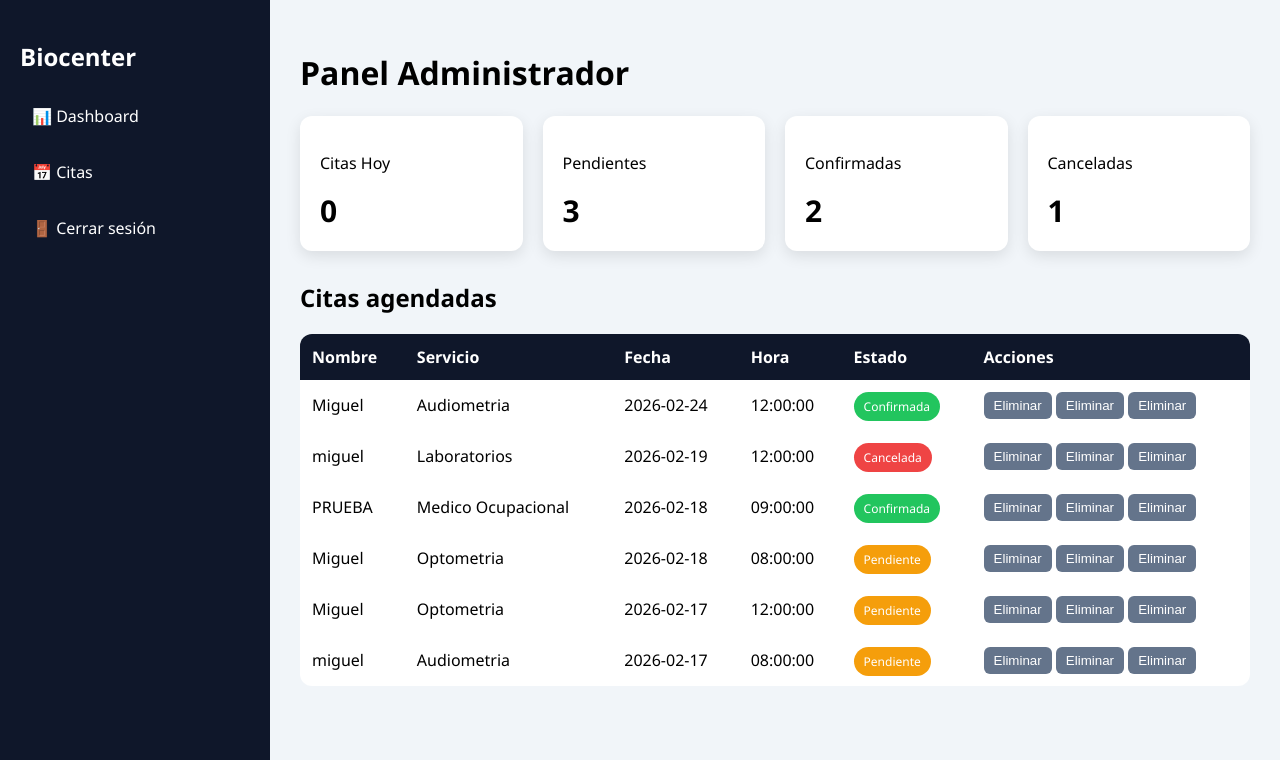
Repository: Miguelperdomo/Biocenter
Page: http://localhost/public_html/PHP/panel.php
An editor plug-in stored every save of this project. The page is shown before and after the next save, followed by the edit.
The browser window is 1280 px wide. The pictures show the whole page.
The page is run by PHP 8.4 with error messages shown; the project is at /var/www/html/. The session is filled in as if someone had signed in: {"admin": {"id": 1, "usuario": "admin", "email": "perdomomiguel2004@gmail.com"}}. Other server files are loaded and not shown. The database holds what the project's SQL file puts in it.

Above is the page before, as saved 2026-02-18 09:28:15.

### PHP/panel.php
<?php
session_start();
require "../conection/conexion.php";

if(!isset($_SESSION['admin'])){
    header("Location: ../login.php");
    exit();
}

/* CONTADORES */
$hoy = date("Y-m-d");

$citasHoy = $conn->query("SELECT COUNT(*) total FROM citas WHERE fecha='$hoy'")->fetch_assoc()['total'];
$pendientes = $conn->query("SELECT COUNT(*) total FROM citas WHERE estado='Pendiente'")->fetch_assoc()['total'];
$confirmadas = $conn->query("SELECT COUNT(*) total FROM citas WHERE estado='Confirmada'")->fetch_assoc()['total'];
$canceladas = $conn->query("SELECT COUNT(*) total FROM citas WHERE estado='Cancelada'")->fetch_assoc()['total'];

/* LISTAR CITAS */
$citas = $conn->query("SELECT * FROM citas ORDER BY fecha DESC, hora DESC");
?>

<!DOCTYPE html>
<html lang="es">
<head>
<meta charset="UTF-8">
<meta name="viewport" content="width=device-width, initial-scale=1.0">
<title>Panel Admin</title>

<style>
body{margin:0;font-family:'Segoe UI';display:flex;background:#f1f5f9;}
.sidebar{width:230px;background:#0f172a;height:100vh;color:white;padding:20px;}
.sidebar a{display:block;color:white;text-decoration:none;padding:12px;margin:10px 0;border-radius:6px;}
.sidebar a:hover{background:#2563eb;}
.main{flex:1;padding:30px;}

.cards{display:grid;grid-template-columns:repeat(auto-fit,minmax(200px,1fr));gap:20px;margin-bottom:30px;}
.card{background:white;padding:20px;border-radius:12px;box-shadow:0 5px 15px rgba(0,0,0,.1);}
.card h3{margin:0;font-size:30px;}

table{width:100%;border-collapse:collapse;background:white;border-radius:12px;overflow:hidden;}
th,td{padding:12px;text-align:left;}
th{background:#0f172a;color:white;}

.estado{
    padding:6px 10px;
    border-radius:20px;
    color:white;
    font-size:12px;
}
.pendiente{background:#f59e0b;}
.confirmada{background:#22c55e;}
.cancelada{background:#ef4444;}

.btn{padding:6px 10px;border:none;border-radius:6px;color:white;cursor:pointer;}
.accept{background:#22c55e;}
.cancel{background:#ef4444;}
.delete{background:#64748b;}


/* ================= RESPONSIVE PANEL ================= */

@media(max-width: 900px){

    body{
        flex-direction:column;
    }

    .sidebar{
        width:100%;
        height:auto;
        display:flex;
        justify-content:space-around;
        align-items:center;
        padding:10px;
    }

    .sidebar h2{
        display:none;
    }

    .sidebar a{
        margin:0;
        font-size:14px;
        padding:10px;
    }

    .main{
        padding:15px;
    }

    .cards{
        grid-template-columns:1fr 1fr;
        gap:10px;
    }

}

.modal{
    display:none;
    position:fixed;
    top:0;
    left:0;
    width:100%;
    height:100%;
    background:rgba(0,0,0,.6);
    justify-content:center;
    align-items:center;
    z-index:999;
}

.modal-content{
    background:white;
    padding:30px;
    border-radius:12px;
    text-align:center;
    width:90%;
    max-width:350px;
    animation:pop .3s ease;
}

.modal-content h2{ margin:10px 0; }

.modal-content button{
    padding:10px 20px;
    margin:10px;
    border:none;
    border-radius:6px;
    cursor:pointer;
    color:white;
}

@keyframes pop{
    from{transform:scale(.7);opacity:0;}
    to{transform:scale(1);opacity:1;}
}


/* ================= TABLA RESPONSIVE ================= */

@media(max-width:700px){

    .cards{
        grid-template-columns:1fr;
    }

    table{
        display:block;
        overflow-x:auto;
        white-space:nowrap;
    }

    th,td{
        font-size:14px;
        padding:10px;
    }

}

/* ================= BOTONES MOVIL ================= */

@media(max-width:500px){

    .btn{
        display:block;
        width:100%;
        margin-bottom:5px;
    }

}



</style>
</head>

<body>

<div class="sidebar">
<h2>Biocenter</h2>
<a href="#">📊 Dashboard</a>
<a href="#">📅 Citas</a>
<a href="logout.php">🚪 Cerrar sesión</a>
</div>

<div class="main">

<h1>Panel Administrador</h1>

<!-- CONTADORES -->
<div class="cards">
<div class="card"><p>Citas Hoy</p><h3><?=$citasHoy?></h3></div>
<div class="card"><p>Pendientes</p><h3><?=$pendientes?></h3></div>
<div class="card"><p>Confirmadas</p><h3><?=$confirmadas?></h3></div>
<div class="card"><p>Canceladas</p><h3><?=$canceladas?></h3></div>
</div>

<h2>Citas agendadas</h2>

<table>
<tr>
<th>Nombre</th>
<th>Servicio</th>
<th>Fecha</th>
<th>Hora</th>
<th>Estado</th>
<th>Acciones</th>
</tr>

<?php while($row=$citas->fetch_assoc()): ?>

<tr>
<td><?=$row['nombre_completo']?></td>
<td><?=$row['tipo_servicio']?></td>
<td><?=$row['fecha']?></td>
<td><?=$row['hora']?></td>

<td>
<span class="estado
<?=
$row['estado']=="Pendiente"?"pendiente":
($row['estado']=="Confirmada"?"confirmada":"cancelada")
?>">
<?=$row['estado']?>
</span>
</td>

<td>

<button type="button" class="btn delete" onclick="abrirModal(<?=$row['id']?>,'eliminar')">
Eliminar
</button>

<button type="button" class="btn delete" onclick="abrirModal(<?=$row['id']?>,'eliminar')">
Eliminar
</button>

<button class="btn delete" onclick="confirmarAccion(<?=$row['id']?>,'eliminar')">
Eliminar
</button>

<form id="formAccion" method="POST" action="./accion_cita.php">
<input type="hidden" name="id" id="idCita">
<input type="hidden" name="accion" id="tipoAccion">
</form>


</td>

</tr>
<div id="modalConfirm" class="modal">
  <div class="modal-content">
    <h2 id="tituloConfirm"></h2>
    <p id="textoConfirm"></p>

    <button class="btn accept" onclick="ejecutarAccion()">SI</button>
    <button class="btn delete" onclick="cerrarConfirm()">Cancelar</button>
  </div>
</div>

<div id="modalResult" class="modal">
  <div class="modal-content">
    <h2 id="tituloResult"></h2>
    <p id="textoResult"></p>
    <button onclick="cerrarResult()">Aceptar</button>
  </div>
</div>


<?php endwhile; ?>

</table>

</div>
</body>


<script>

let accionActual = "";
let citaActual = "";

function confirmarAccion(id, accion){

    citaActual = id;
    accionActual = accion;

    const modal = document.getElementById("modalConfirm");
    const titulo = document.getElementById("tituloConfirm");
    const texto = document.getElementById("textoConfirm");

    modal.style.display="flex";

    if(accion=="confirmar"){
        titulo.innerHTML="Confirmar cita";
        texto.innerHTML="¿Seguro que deseas ACEPTAR esta cita?";
    }

    if(accion=="cancelar"){
        titulo.innerHTML="Cancelar cita";
        texto.innerHTML="¿Seguro que deseas CANCELAR esta cita?";
    }

    if(accion=="eliminar"){
        titulo.innerHTML="Eliminar cita";
        texto.innerHTML="¿Seguro que deseas ELIMINAR esta cita?";
    }
}

function cerrarConfirm(){
    document.getElementById("modalConfirm").style.display="none";
}

function ejecutarAccion(){

    document.getElementById("idCita").value = citaActual;
    document.getElementById("tipoAccion").value = accionActual;

    document.getElementById("formAccion").submit();
}

function cerrarResult(){
    document.getElementById("modalResult").style.display="none";
}

/* MOSTRAR RESULTADO AUTOMATICO */

const params = new URLSearchParams(window.location.search);
const msg = params.get("msg");

if(msg){

    const modal = document.getElementById("modalResult");
    const titulo = document.getElementById("tituloResult");
    const texto = document.getElementById("textoResult");

    modal.style.display="flex";

    if(msg=="Confirmada"){
        titulo.innerHTML="✅ Cita Confirmada";
        texto.innerHTML="La cita fue aceptada correctamente.";
    }

    if(msg=="Cancelada"){
        titulo.innerHTML="❌ Cita Cancelada";
        texto.innerHTML="La cita fue cancelada correctamente.";
    }
}

</script>


</html>

### conection/conexion.php
<?php
$host="localhost";
$user="root";
$pass="";
$db="biocenter";

$conn=new mysqli($host,$user,$pass,$db);

if($conn->connect_error){
    die("Error de conexión");
}
?>

### biocenter (2).sql (the tables this page reads)
CREATE TABLE `citas` (
  `id` int(11) NOT NULL,
  `nombre_completo` varchar(150) NOT NULL,
  `email` varchar(120) NOT NULL,
  `telefono` varchar(20) NOT NULL,
  `tipo_servicio` enum('Medico Ocupacional','Optometria','Audiometria','Laboratorios') NOT NULL,
  `tipo_usuario` enum('Persona Natural','Empresa') NOT NULL,
  `fecha` date NOT NULL,
  `hora` time NOT NULL,
  `estado` enum('Pendiente','Confirmada','Cancelada') DEFAULT 'Pendiente',
  `fecha_registro` timestamp NOT NULL DEFAULT current_timestamp(),
  `observaciones` text DEFAULT NULL
) ENGINE=InnoDB DEFAULT CHARSET=utf8mb4 COLLATE=utf8mb4_general_ci;

INSERT INTO `citas` (`id`, `nombre_completo`, `email`, `telefono`, `tipo_servicio`, `tipo_usuario`, `fecha`, `hora`, `estado`, `fecha_registro`, `observaciones`) VALUES
(1, 'Miguel', 'sistemas@gamil.com', '3160539301', 'Optometria', 'Persona Natural', '2026-02-18', '08:00:00', 'Pendiente', '2026-02-17 17:58:15', 'Pruebaaa'),
(2, 'PRUEBA', 'thebugscompile@gmail.com', '3133854821', 'Medico Ocupacional', 'Empresa', '2026-02-18', '09:00:00', 'Confirmada', '2026-02-17 18:01:56', 'Purba'),
(3, 'miguel', 'biocentersaludocupacional@gmail.com', '3123591195', 'Laboratorios', 'Empresa', '2026-02-19', '12:00:00', 'Cancelada', '2026-02-17 18:03:08', 'sdfafaswdfasdf'),
(4, 'Miguel', 'thebugscompile@gmail.com', '3160539301', 'Optometria', 'Empresa', '2026-02-17', '12:00:00', 'Pendiente', '2026-02-17 18:10:38', 'sdds'),
(5, 'miguel', 'biocentersaludocupacional@gmail.com', '3133854821', 'Audiometria', 'Empresa', '2026-02-17', '08:00:00', 'Pendiente', '2026-02-17 18:13:50', 'VJF'),
(6, 'Miguel', 'thebugscompile@gmail.com', '3133854821', 'Audiometria', 'Empresa', '2026-02-24', '12:00:00', 'Confirmada', '2026-02-17 18:19:38', 'prueba');

ALTER TABLE `citas`
  ADD PRIMARY KEY (`id`);

ALTER TABLE `citas`
  MODIFY `id` int(11) NOT NULL AUTO_INCREMENT, AUTO_INCREMENT=8;

After the next save:
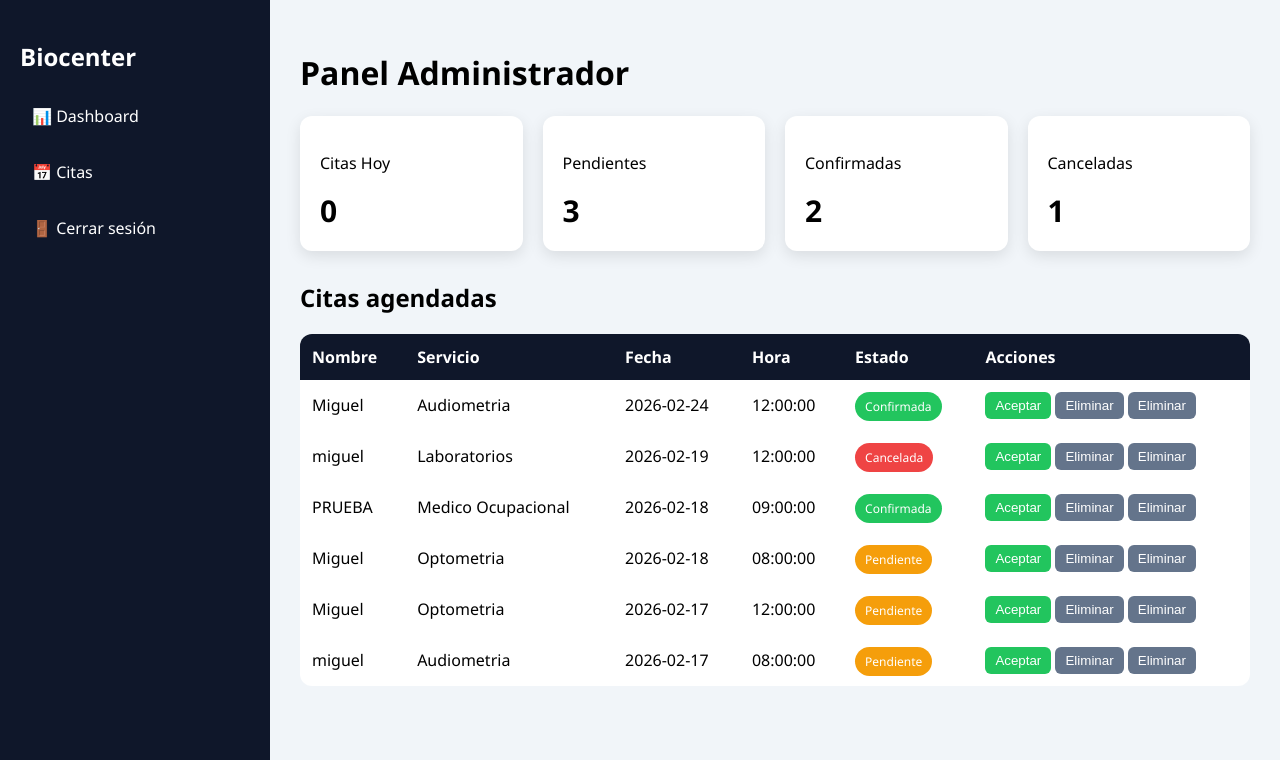
Saved 33 s later.
--- a/PHP/panel.php
+++ b/PHP/panel.php
@@ -226,8 +226,8 @@ $row['estado']=="Pendiente"?"pendiente":
 
 <td>
 
-<button type="button" class="btn delete" onclick="abrirModal(<?=$row['id']?>,'eliminar')">
-Eliminar
+<button class="btn accept" onclick="confirmarAccion(<?=$row['id']?>,'confirmar')">
+Aceptar
 </button>
 
 <button type="button" class="btn delete" onclick="abrirModal(<?=$row['id']?>,'eliminar')">
